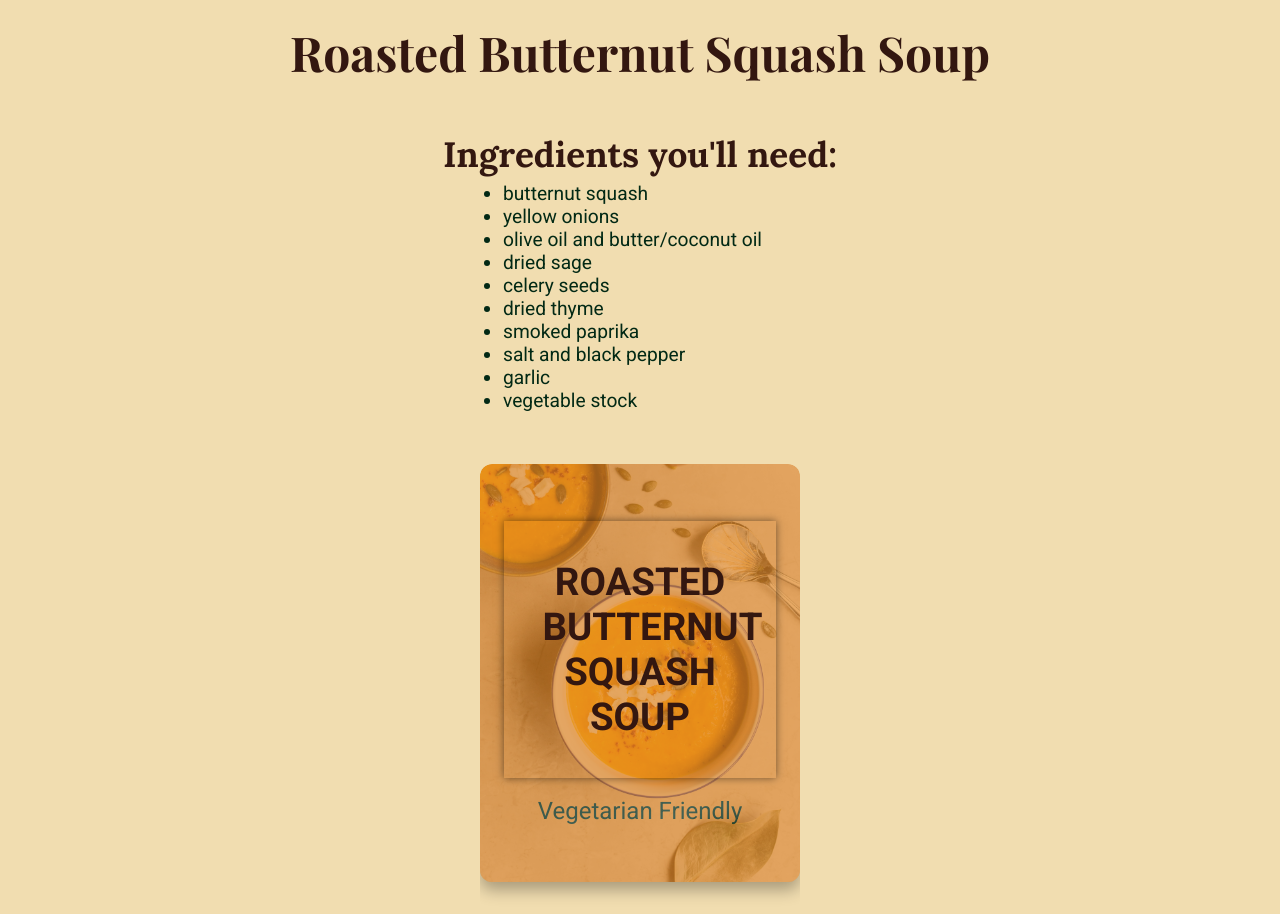
Repository: IDMX225/css-card-flip-LyssaMA
Page: src/index.html
An editor plug-in stored every save of this project. The page is shown before and after the next save, followed by the edit.
The browser window is 1280 px wide. The pictures show the whole page.
The style sheet was rebuilt from its Sass, Less or Tailwind sources for each picture, by a compiler version that may differ from the author's.

Above is the page before, as saved 2024-11-12 22:56:52.
Not found: src/js/index.js

After the next save:
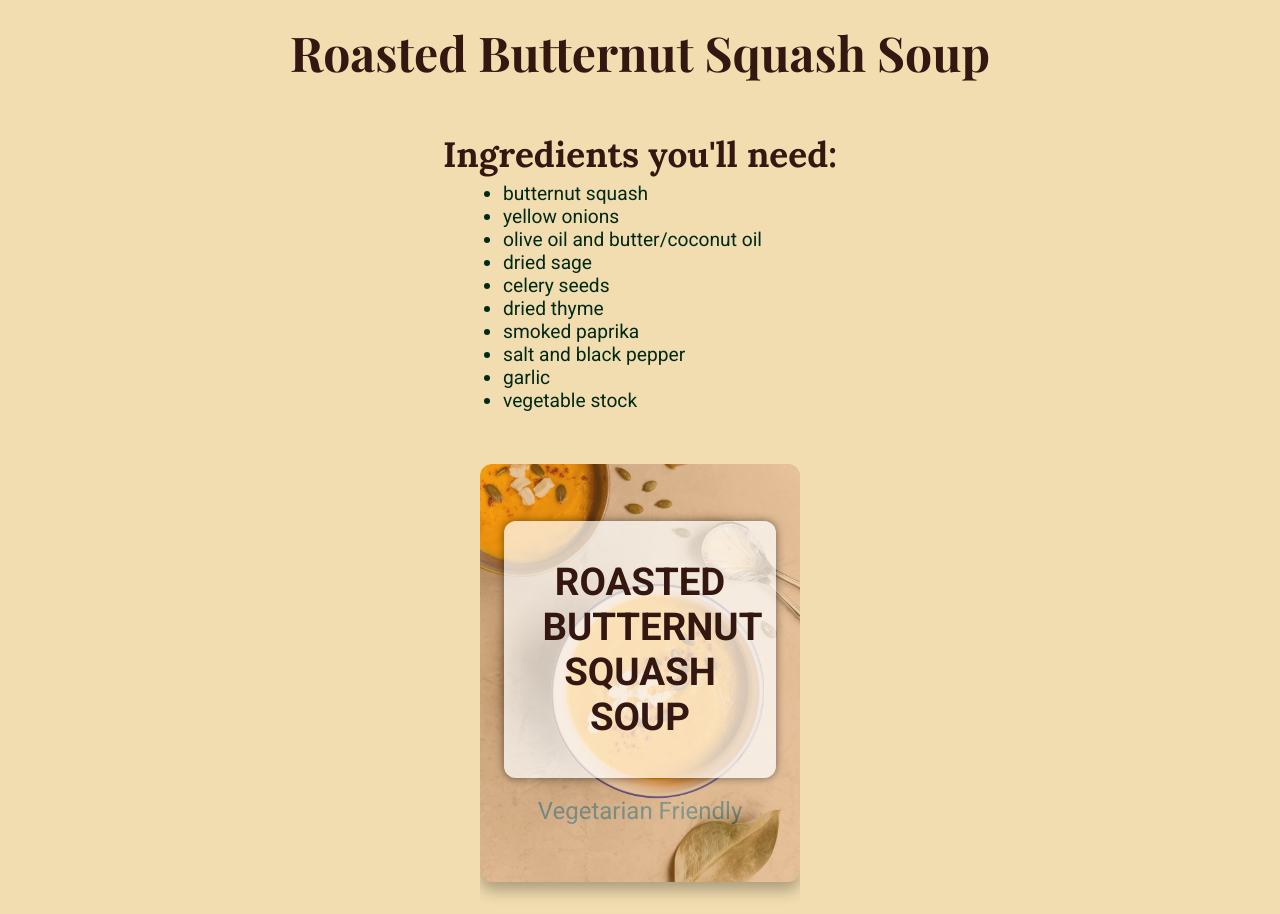
Saved 2 min 38 s later.
--- a/src/sass/main.scss
+++ b/src/sass/main.scss
@@ -139,7 +139,7 @@ body {
   width: 100%;
   height: 100%;
   object-fit: cover;
-  opacity: 0.3;
+  opacity: 0.6; /* Slightly higher opacity for better visibility */
   z-index: 0;
   object-position: center;
 }
@@ -159,6 +159,8 @@ body {
   width: 100%;
   box-sizing: border-box;
   margin-bottom: 0.5em;
+  background-color: rgba(255, 255, 255, 0.7); /* Added background color for better visibility */
+  border-radius: 12px; /* Optional: to match the rounded corners */
 }
 
 /* Subtitle on Card */
